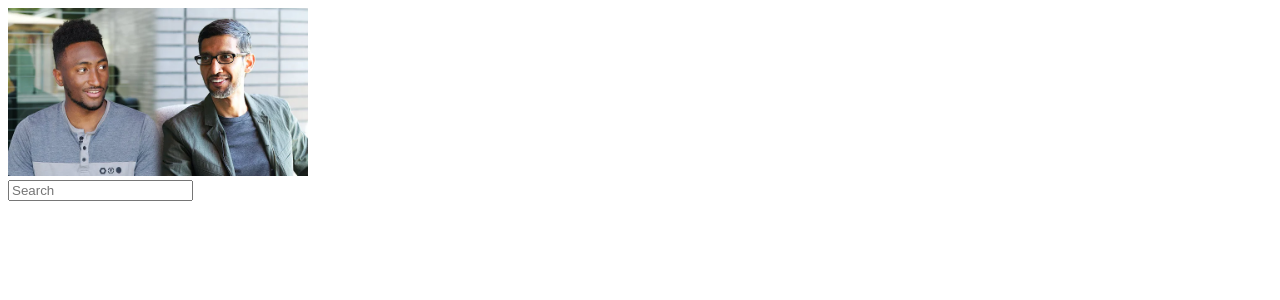
Repository: knowledgeAlan/html-css-eight
Page: youtube.html
An editor plug-in stored every save of this project. The page is shown before and after the next save, followed by the edit.
The browser window is 1280 px wide. The pictures show the whole page.

Above is the page before, as saved 2024-03-05 18:15:10.

After the next save:
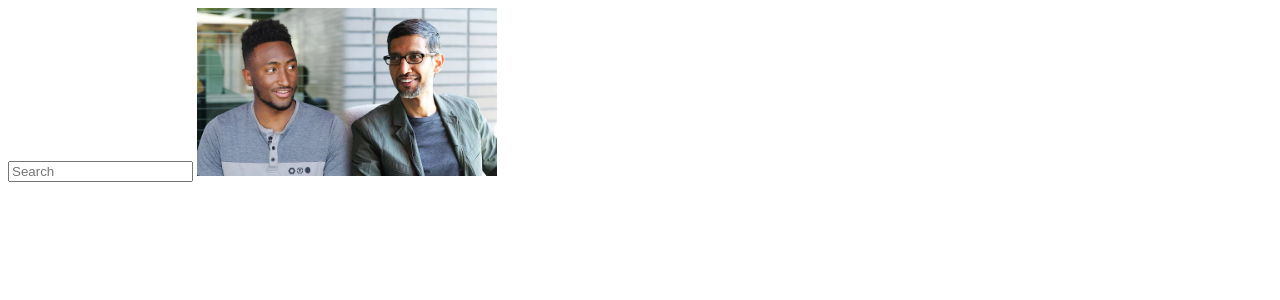
Saved 7 min 49 s later.
--- a/youtube.html
+++ b/youtube.html
@@ -16,11 +16,11 @@
 
     <body>
 
-        <div>
-            <img class="thumbnail" src="thumbnails/thumbnail.png" alt="Dinosaur"/>
-        </div>
+
 
         <input class="searh-bar" type="text" placeholder="Search">
+
+        <img class="thumbnail" src="thumbnails/thumbnail.png" alt="Dinosaur"/>
     </body>
 </head>
 </html>
